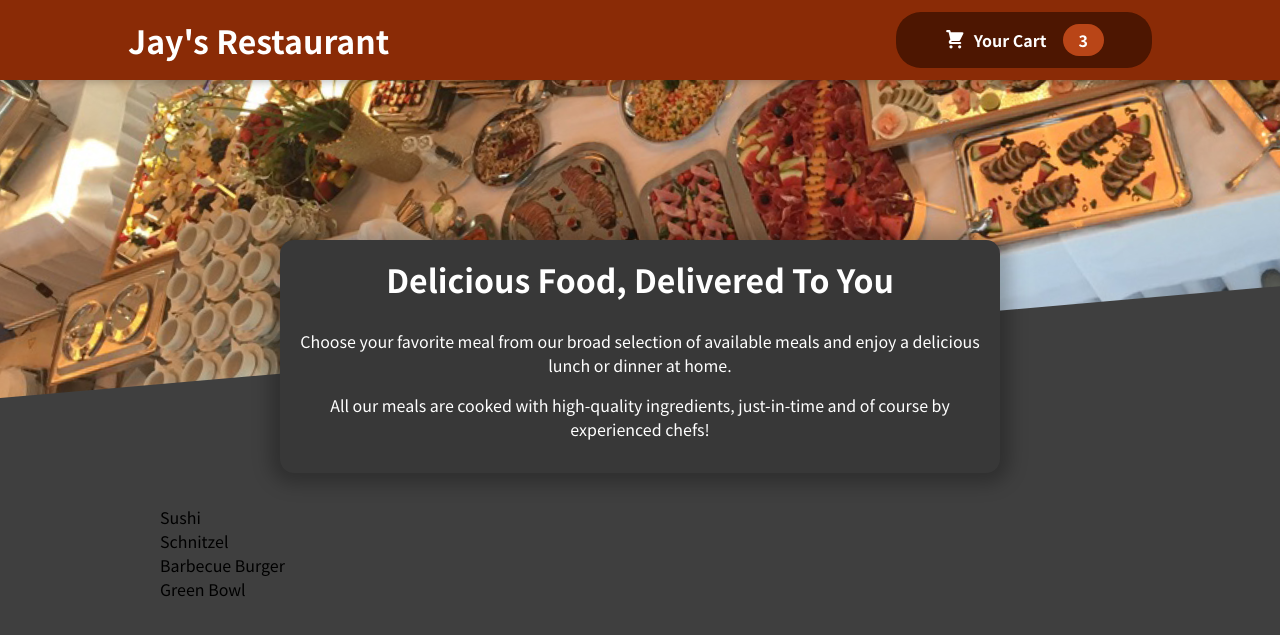
Repository: jykang96/food_app
Page: /
An editor plug-in stored every save of this project. The page is shown before and after the next save, followed by the edit.
The browser window is 1280 px wide. The pictures show the whole page.
The project was rebuilt for these pictures with package versions that can differ from the ones it lists, and the page was loaded fresh each time. Also part of the build but not shown: src/components/UI/Card.module.css.

Above is the page before, as saved 2021-07-20 21:15:22.

### src/App.js
import React, { Fragment } from 'react';
import Header from './components/Layout/Header'
import Meals from './components/Meals/Meals'
function App() {
  return (
    <Fragment>
      <Header />
      <main>
          <Meals/>
      </main>
    </Fragment>
  );
}

export default App;

### src/components/Layout/Header.js
import React, {Fragment} from 'react'
import meal_image from '../../assets/meals.jpg'
import classes from './Header.module.css'
import HeaderCartButton from './HeaderCartButton'

const Header = (props) => {
    return (
        <Fragment>
            <header className={classes.header}>
                <h1>Jay's Restaurant</h1>
                <HeaderCartButton />
            </header>
            <div className={classes['main-image']}>
                <img src={meal_image} alt="meal_image"/>
            </div>
        </Fragment>
    )
}

export default Header;

### src/components/Meals/Meals.js
import React, {Fragment} from 'react'
import MealsSummary from './MealsSummary'
import AvailableMeals from './AvailableMeals'

const Meals = () => {
    return (
        <Fragment>
            <MealsSummary/>
            <AvailableMeals/>
        </Fragment>
    )
}

export default Meals

### src/components/Layout/HeaderCartButton.js
import React from 'react'
import CartIcon from '../Cart/CartIcon'
import classes from './HeaderCartButton.module.css'

const HeaderCartButton = () => {
    return (
        <button className={classes.button}>
            <span className={classes.icon}>
                <CartIcon/>
            </span>
            <span>Your Cart</span>
            <span className={classes.badge}>
                3
            </span>
        </button>
    )
}

export default HeaderCartButton

### src/components/Meals/MealsSummary.js
  import classes from './MealsSummary.module.css';

const MealsSummary = () => {
  return (
    <section className={classes.summary}>
      <h2>Delicious Food, Delivered To You</h2>
      <p>
        Choose your favorite meal from our broad selection of available meals
        and enjoy a delicious lunch or dinner at home.
      </p>
      <p>
        All our meals are cooked with high-quality ingredients, just-in-time and
        of course by experienced chefs!
      </p>
    </section>
  );
};

export default MealsSummary;

### src/components/Meals/AvailableMeals.js
import React from 'react';
import Card from '../UI/Card';
import classes from './AvailableMeals.module.css';
  const DUMMY_MEALS = [
    {
      id: 'm1',
      name: 'Sushi',
      description: 'Finest fish and veggies',
      price: 22.99,
    },
    {
      id: 'm2',
      name: 'Schnitzel',
      description: 'A german specialty!',
      price: 16.5,
    },
    {
      id: 'm3',
      name: 'Barbecue Burger',
      description: 'American, raw, meaty',
      price: 12.99,
    },
    {
      id: 'm4',
      name: 'Green Bowl',
      description: 'Healthy...and green...',
      price: 18.99,
    },
  ];

const AvailableMeals = () => {
    const mealsList = DUMMY_MEALS.map(meal => <li>{meal.name}</li>);
    return (
        <section className={classes.meals}>
          <Card>
            <ul>
                {mealsList}
            </ul>
          </Card>
        </section>
    )
}

export default AvailableMeals

### src/components/Layout/HeaderCartButton.module.css
.button {
    cursor: pointer;
    font: inherit;
    border: none;
    background-color: #4d1601;
    color: white;
    padding: 0.75rem 3rem;
    display: flex;
    justify-content: space-around;
    align-items: center;
    border-radius: 25px;
    font-weight: bold;
  }

  .button:hover,
  .button:active {
    background-color: #2c0d00;
  }

  .icon {
    width: 1.35rem;
    height: 1.35rem;
    margin-right: 0.5rem;
  }

  .badge {
    background-color: #b94517;
    padding: 0.25rem 1rem;
    border-radius: 25px;
    margin-left: 1rem;
    font-weight: bold;
  }

  .button:hover .badge,
  .button:active .badge {
    background-color: #92320c;
  }

  .bump {
    animation: bump 300ms ease-out;
  }

  @keyframes bump {
    0% {
      transform: scale(1);
    }
    10% {
      transform: scale(0.9);
    }
    30% {
      transform: scale(1.1);
    }
    50% {
      transform: scale(1.15);
    }
    100% {
      transform: scale(1);
    }
  }

### src/components/UI/Card.js
import React from 'react'
import classes from './Card.module.css'

const Card = (props) => {
    return (
        <div className={classes.Card}>
            {props.children}
        </div>
    )
}

export default Card

Loaded but not shown: public/index.html (common file); src/index.js (common file); src/index.css (common file); src/components/Layout/Header.module.css (common file); src/components/Cart/CartIcon.js (common file); src/components/Meals/MealsSummary.module.css (common file); src/components/Meals/AvailableMeals.module.css (common file)

After the next save:
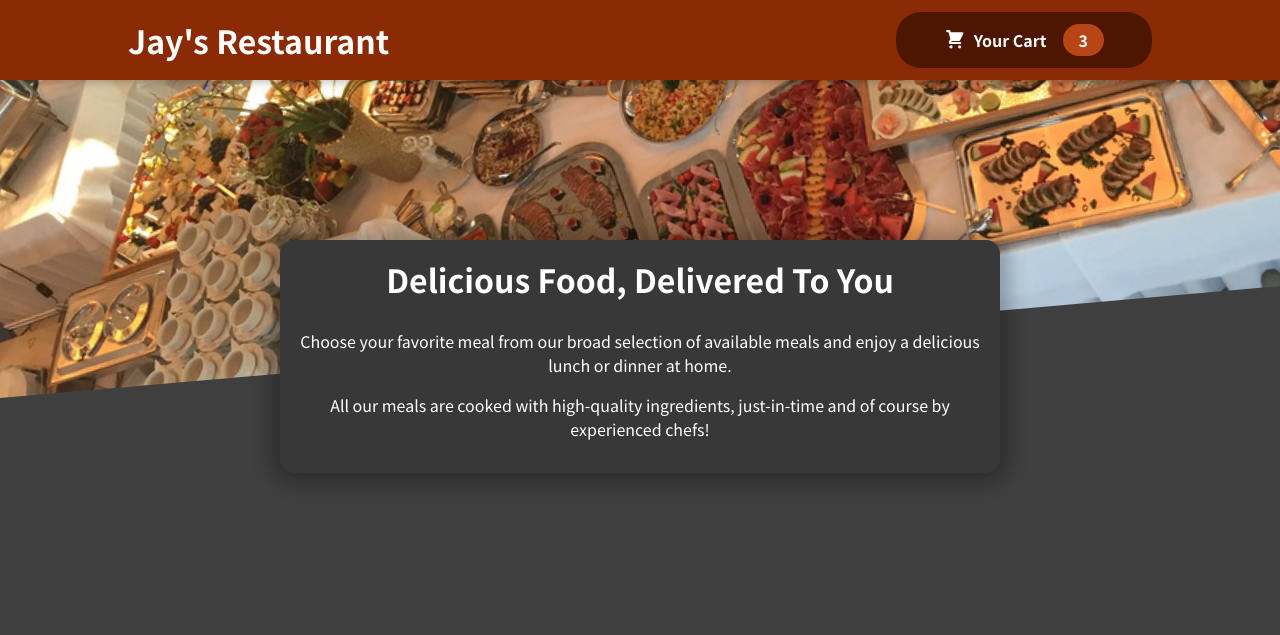
Saved 79 s later.
--- a/src/components/Meals/AvailableMeals.js
+++ b/src/components/Meals/AvailableMeals.js
@@ -33,9 +33,6 @@
     return (
         <section className={classes.meals}>
           <Card>
-            <ul>
-                {mealsList}
-            </ul>
           </Card>
         </section>
     )

After the save that followed:
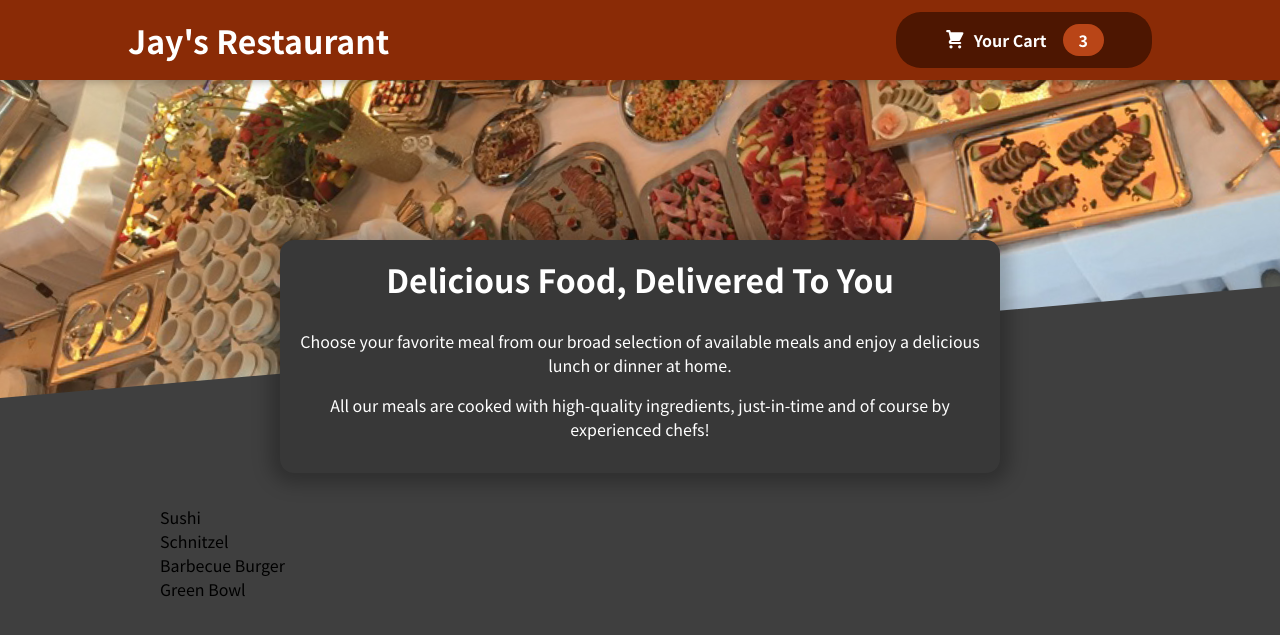
Saved 5 s later.
--- a/src/components/Meals/AvailableMeals.js
+++ b/src/components/Meals/AvailableMeals.js
@@ -33,6 +33,9 @@
     return (
         <section className={classes.meals}>
           <Card>
+            <ul>
+                {mealsList}
+            </ul>
           </Card>
         </section>
     )
